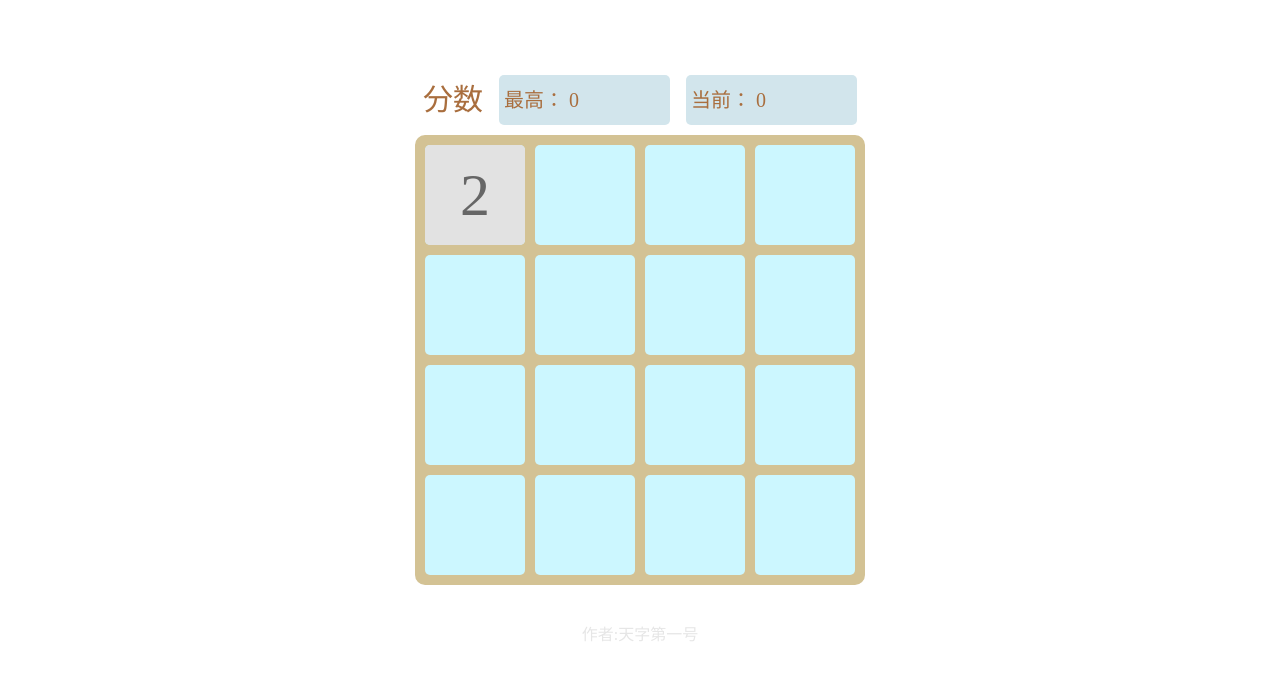
Repository: yangtengxiang/get_test
Page: game/H5/2048.html
These files come from the project's save history. The page is drawn as it stood at one moment and after the next save; the edit follows.
The browser window is 1280 px wide. The pictures show the whole page.

Above is the page before, as saved 2020-04-29 17:42:54.

### game/H5/2048.html
<!DOCTYPE html>
<html  ondblclick="GamesStart()">

	<head>
		<meta charset="UTF-8">
		<title></title>
		<!--<link rel="stylesheet" type="text/css" href="css/temp.css" />-->
		<script type="text/javascript">
			var Game = true;
			function move(direction) {
				var container = document.querySelector(".container");
				var item = container.children;
				var wz = [];
				var fx, fx_reverse;
				var end;
				for(var i = 0; i < item.length; i++) {
					var obj = function() { var col; var row; var obj; }
					wz[i] = obj; wz[i]["row"] = item[i].getAttribute("row"); wz[i]["col"] = item[i].getAttribute("col"); wz[i]["obj"] = item[i];
				}
				if(direction == "top") { fx = "col"; end = false; }
				if(direction == "bottom") { fx = "col"; end = true; }
				if(direction == "left") { fx = "row"; end = false; }
				if(direction == "right") { fx = "row"; end = true; }
				fx_reverse = "row"; if(fx == "row") { fx_reverse = "col"; }
				var _return = true;
				for(var times = 1; times <= 4; times++) {
					var arr = [];
					for(var o = 0; o < wz.length; o++) { if(wz[o][fx_reverse] == times) { arr.push(wz[o]); } }
					var ky = 1; if(end) ky = 4;
					function pd(end, p) {
						if(end) { if(p > 0) return true; return false; }
						else { if(p <= 4) return true; return false; }
					}
					var i_previous = -1;
					for(var p = ky; pd(end, p); end ? (p--) : (p++)) {
						for(var i = 0; i < arr.length; i++) {
							if(arr[i][fx] == p) {
								if(arr[i_previous] == undefined) ;
								else if(arr[i].obj.innerText == arr[i_previous].obj.innerText) {
									end ? (ky++) : (ky--);
									arr[i].obj.innerText = parseInt(arr[i].obj.innerText) * 2;
									arr[i_previous].obj.remove();
									_return = false;
									if(fx == "row") { arr[i].obj.style.left = ky * 110 - 100 + "px"; arr[i].obj.setAttribute("row", ky); i_previous = i; }
									else { arr[i].obj.style.top = ky * 110 - 100 + "px"; arr[i].obj.setAttribute("col", ky); i_previous = i; }
									arr[i].obj.className = "lv_" + arr[i].obj.innerText/2;
									end ? (ky--) : (ky++);
									i_previous = undefined;
									IntegralUp(arr[i].obj.innerText);
									continue;
								}
								if(arr[i][fx] != ky) {
									_return = false;
									if(fx == "row") { arr[i].obj.style.left = ky * 110 - 100 + "px"; arr[i].obj.setAttribute("row", ky); }
									else { arr[i].obj.style.top = ky * 110 - 100 + "px"; arr[i].obj.setAttribute("col", ky); }
								}
								i_previous = i;
								end ? (ky--) : (ky++);
							}
						}
					}
				}
				if(_return) return;
				var div = document.createElement("div");
				var bool = true;
				while(bool) {
					div.setAttribute("col", parseInt(Math.random() * 4 + 1));
					div.setAttribute("row", parseInt(Math.random() * 4 + 1));
					bool = false;
					for(var i = 0; i < wz.length; i++) {
						if(div.getAttribute("row") == wz[i].obj.getAttribute("row") && div.getAttribute("col") == wz[i].obj.getAttribute("col")) { bool = true; break; }
					}
					if(!bool) break;
				}
				var ran=Math.random()+Math.random()+Math.random()+Math.random()+Math.random();
				ran*=0.2;
				div.innerText = parseInt( ran* 2 + 1)*2;
				document.querySelector(".container").appendChild(div);
				div.style.left = div.getAttribute("row") * 110 - 100 + "px";
				div.style.top = div.getAttribute("col") * 110 - 100 + "px";
				div.className = "lv_" + div.innerText/2;
				if(item.length >= 16) {
					var row = []; var col = [];
					for(var i = 1; i <= 4; i++) {
						row.push(getElementByAttr(item, "row", i));
						col.push(getElementByAttr(item, "col", i));
					}
					bool = true;
					for(var i = 1; i <= 4; i++) {
						var row = getElementByAttr(item, "row", i);
						var o_previous = getElementByAttr(row, "col", 1);
						for(var o = 2; o <= 4; o++) {
							var p = getElementByAttr(row, "col", o);
							if(o_previous[0].innerText == p[0].innerText) bool = false;
							o_previous = p;
						}
						var col = getElementByAttr(item, "col", i);
						var o_previous = getElementByAttr(col, "row", 1);
						for(var o = 2; o <= 4; o++) {
							var p = getElementByAttr(col, "row", o);
							if(o_previous[0].innerText == p[0].innerText) bool = false;
							o_previous = p;
						}
					}
					if(bool) GamesOver();
				}
			}

			function getElementByAttr(item, attr, value) {
				var aEle = [];
				for(var i = 0; i < item.length; i++) {
					if(item[i].getAttribute(attr) == value)
						aEle.push(item[i]);
				}
				return aEle;
			}
			function GamesOver() {
				Game = false;
				document.querySelector(".alert").style.display = "block";
				document.querySelector("h1").style.display = "block";
				document.querySelector("h1").innerText = document.querySelector(".cur span+span").innerText;
			}
			function GamesStart() {
				if(document.querySelectorAll(".container div").length==0){}
				else{ if(Game) return;}
				document.querySelector(".alert").style.display = "none";
				document.querySelector("h1").style.display = "none";
				var container = document.querySelector(".container");
				var divs = container.children;
				console.log(divs);
				for(var i = divs.length - 1; i >= 0; i--) {
					console.log(divs[i]);
					container.removeChild(divs[i]);

				}
				var f = document.querySelector(".Integral");
				var cur = f.children[2].children[1];
				cur.innerText = "0";
				var div = document.createElement("div");
				div.setAttribute("col", 1);
				div.setAttribute("row", 1);
				div.style.left = "10px";
				div.style.top = "10px";
				div.innerText = "2";
				div.className = "lv_1";
				container.appendChild(div);
				Game=true;
			}
			function IntegralUp(value) {
				value = parseInt(value);
				var f = document.querySelector(".Integral");
				var max = f.children[1].children[1];
				var cur = f.children[2].children[1];
				cur.innerText = parseInt(cur.innerText + "") + value;
				if(parseInt(cur.innerText) > parseInt(max.innerText)) max.innerText = cur.innerText;
			}
			function remove_lv(value) {
				var div = document.querySelectorAll(".lv_" + value);
				for(var i = div.length - 1; i >= 0; i--) {
					div[i].remove();
				}
			}
			function remove_XY(x, y) {
				var item = document.querySelectorAll(".container div");
				var row = getElementByAttr(item, "row", x);
				var col = getElementByAttr(row, "col", y);
				col.remove();
			}
			function remove_lv_2_4_8_16() {
				var div = document.querySelectorAll(".lv_1,.lv_2,.lv_4,.lv_8");
				for(var i = div.length - 1; i >= 1; i--) {
					div[i].remove();
				}
			}
			document.onkeydown=KeyEvent;
			function KeyEvent(e) {
				//console.log(e);
				if(e.shiftKey && e.code == "Delete") {
					remove_lv_2_4_8_16();
				}
				if(e.code == "Space") {
					GamesStart();
				}
				if(!Game) return;
				if(e.code == "ArrowUp") {
					move("top");
				}
				if(e.code == "ArrowDown") {
					move("bottom");
				}
				if(e.code == "ArrowLeft") {
					move("left");
				}
				if(e.code == "ArrowRight") {
					move("right");
				}

			}
		</script>
		<style type="text/css">
			*{ margin: 0; padding: 0; font-family: "微软雅黑"; list-style: none;  }
			body{overflow: hidden;}
			.f{width: 2em !important;font-size: 30px;flex: 0 0 auto !important;background: none !important;}
			.Integral{ position: absolute; right: 0; top: -60px; height: 50px; font-size: 20px; color: #A96E3E; display: flex; line-height: 50px; width: 450px; }
			.Integral p{ flex: 1 1 auto; margin: 0 8px; background: #D2E5EC; border-radius:5px ; width: 5em; }
			.Integral p span:first-child{ padding: 0 5px; }
			.alert{ position: absolute; top: 0; left: 0; width: 450px; height: 450px; background: #D0D0D0; opacity: 0.66; z-index: 998; border-radius:5px ; display: flex; flex: 0 0 auto; }
			h1{ background: #153B26; border-radius:10px ; padding: 10px; font-size: 50px; position: absolute; top: 0; bottom: 0; left: 0; right: 0; margin: 100px auto; text-align: center; height: 1em; line-height: 1em; opacity: 2; width: 4em; z-index: 999; color: #D8C818; }
			.main{width: 450px; height: 450px; margin: auto;position: absolute;top: 0;bottom: 0;left: 0;right: 0;}
			.main .bg{ width: 430px; height: 430px; border: 10px solid #D3C294; background: #D3C294; border-radius:10px ; position: relative;  }
			.main .bg div{width: 100px; height: 100px; margin-left:10px ;background: #CCF7FF;border-radius:5px ;float: left;}
			.main .bg div:nth-child(n+5){margin-top: 10px;}
			.main .bg div:nth-child(4n+1){margin-left: 0;}
			.main .container{ width: 450px; height: 450px; position: absolute; top: 0; left: 0;  }
			.main .container div{ width: 100px; height: 100px; border-radius: 5px; position: absolute; }

			.main .container div{ text-align: center; line-height: 100px; transition: 200ms; }
			.lv_1{ background: #E2E2E2; /*灰*/ }
			.lv_2{ background: #9DA983;  /*浅色-*/}
			.lv_4{  background: #E4C2D2; /*浅色-*/}
			.lv_8{  background: #7996C2;  /*有点深的颜色-*/}
			.lv_16{ background: #273542;  /*灰蓝-*/}
			.lv_32{ background: #D2994C;  /*琥珀色-*/}
			.lv_64{ background: #017666; /*绿*/ }
			.lv_128{ background: #FDEE71;  /*黄*/}
			.lv_256{ background: #343233; /*深灰-*/}
			.lv_512{ background: #065C8B;  /*蓝*/}
			.lv_1024{ background: #D63449;  /*红-*/ }
			.lv_2048{ background: #E31E15;  /*红-*/}
			.lv_4096{ background: #370508;  /*玄色-*/}
			.lv_8192{ background: #FFED42;  /*黄-*/}
			.lv_16384{/*应该没用*/ background: #75BBDD; /*蓝-*/ }

			.lv_1,.lv_2,.lv_4,.lv_8{color: #666666;font-size: 60px;}
			.lv_16, .lv_32, .lv_64{color: #5AE4D5;font-size: 50px;}
			.lv_128, .lv_256, .lv_512{ color: #B84C4C; font-size: 40px;}
			.lv_1024, .lv_2048, .lv_4096, .lv_8192{ color: #695631; font-size: 30px;}

			.foot{ margin: auto; position: absolute; bottom: -60px; left: 0; right: 0; text-align: center; color: #E6E6E6; }

		</style>
	</head>

	<body>

		<div class="main">
			<div class="Integral">
				<p class="f">分数</p>
				<p class="max"><span>最高：</span><span>0</span></p>
				<p class="cur"><span>当前：</span><span>0</span></p>
			</div>
			<div class="alert" style="display: none;"></div>
			<h1 style="display: none;">0000</h1>
			<div class="bg">
				<div></div>
				<div></div>
				<div></div>
				<div></div>
				<div></div>
				<div></div>
				<div></div>
				<div></div>
				<div></div>
				<div></div>
				<div></div>
				<div></div>
				<div></div>
				<div></div>
				<div></div>
				<div></div>
			</div>
			<div class="container">
				<div row="1" col="1" style="top: 10px;left: 10px;" class="lv_1">
					2
				</div>

			</div>
			<div class="foot"  ondblclick="remove_lv_1248()">作者:天字第一号</div>
		</div>
	</body>
	<script>
		var startx, starty;
		function getAngle(angx, angy) {
			return Math.atan2(angy, angx) * 180 / Math.PI;
		};
		function getDirection(startx, starty, endx, endy) {
			var angx = endx - startx;
			var angy = endy - starty;
			var result = 0;
			if(Math.abs(angx) < 1 && Math.abs(angy) < 1) {
				return result;
			}
			var angle = getAngle(angx, angy);
			if(angle >= -135 && angle <= -45) {
				result = 1;
			} else if(angle > 45 && angle < 135) {
				result = 2;
			} else if((angle >= 135 && angle <= 180) || (angle >= -180 && angle < -135)) {
				result = 3;
			} else if(angle >= -45 && angle <= 45) {
				result = 4;
			}
			return result;
		}
		document.addEventListener("touchstart", function(e) {
			startx = e.touches[0].pageX;
			starty = e.touches[0].pageY;
		}, false);
		document.addEventListener("touchend", function(e) {
			var endx, endy;
			endx = e.changedTouches[0].pageX;
			endy = e.changedTouches[0].pageY;
			var direction = getDirection(startx, starty, endx, endy);
			switch(direction) {
				case 0:  break;
				case 1: move("top"); break;
				case 2: move("bottom"); break;
				case 3: move("left"); break;
				case 4: move("right"); break;
				default:
			}
		}, false);
	</script>
</html>

After the next save:
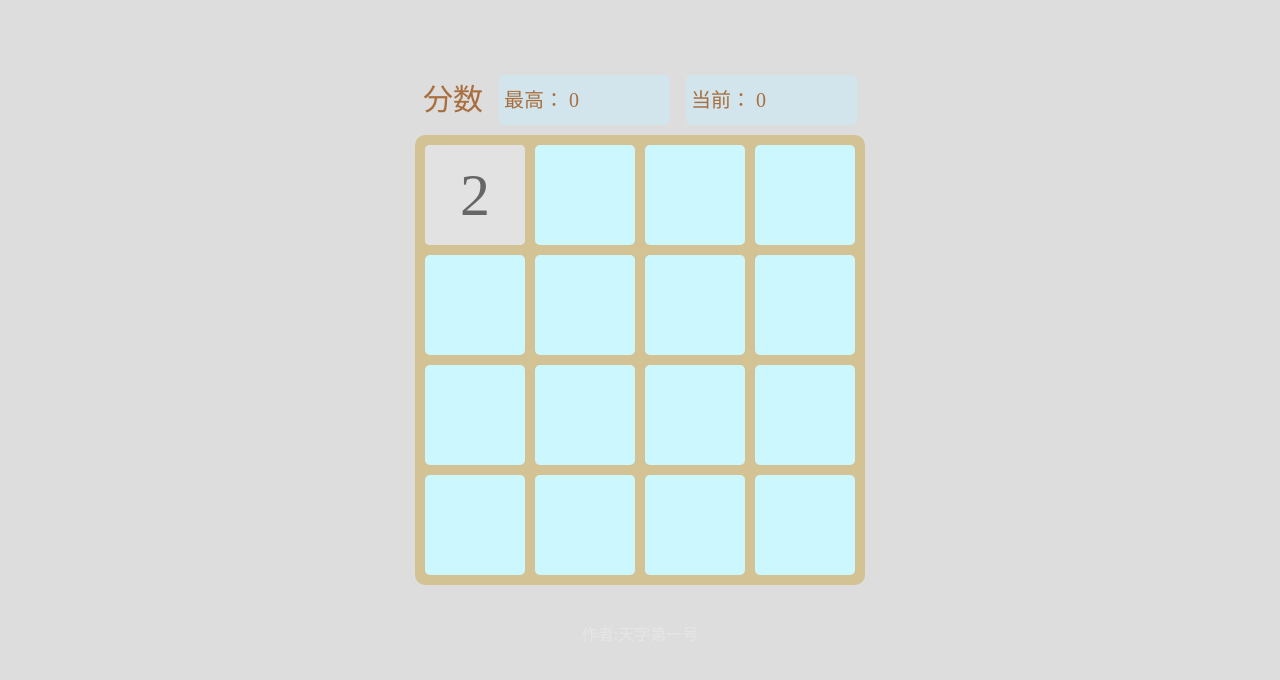
Saved 32 s later.
--- a/game/H5/2048.html
+++ b/game/H5/2048.html
@@ -199,7 +199,7 @@
 		</script>
 		<style type="text/css">
 			*{ margin: 0; padding: 0; font-family: "微软雅黑"; list-style: none;  }
-			body{overflow: hidden;}
+			body{overflow: hidden;background: #DDD;}
 			.f{width: 2em !important;font-size: 30px;flex: 0 0 auto !important;background: none !important;}
 			.Integral{ position: absolute; right: 0; top: -60px; height: 50px; font-size: 20px; color: #A96E3E; display: flex; line-height: 50px; width: 450px; }
 			.Integral p{ flex: 1 1 auto; margin: 0 8px; background: #D2E5EC; border-radius:5px ; width: 5em; }
